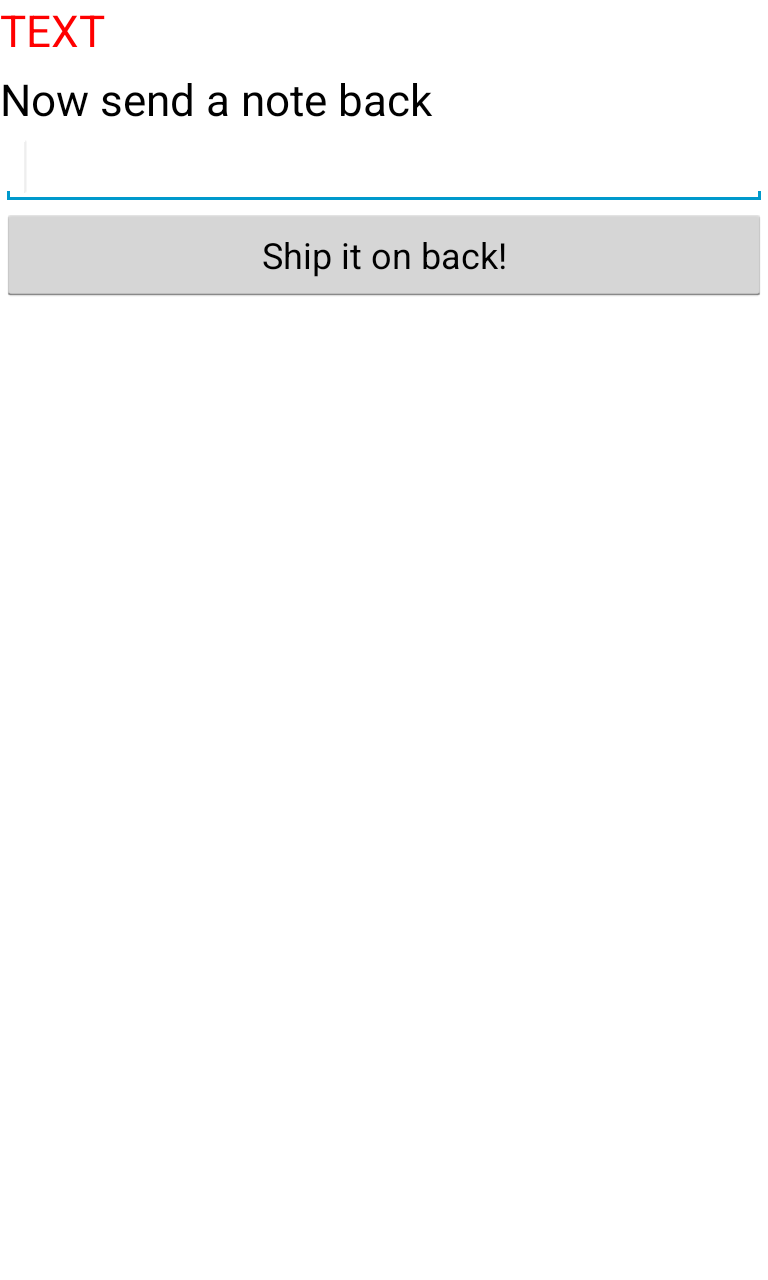
Repository: fsoDannis/FSO_JAVAII
Layout: JavaII_Week1/res/layout/activity_subscreen.xml
These files come from the project's save history. The layout is drawn as it stood at one moment and after the next save; the edit follows.
It is drawn on a 768 x 1280 px phone screen (xhdpi) without system bars, with theme AppTheme; the app's code is not run.

Above is the layout before, as saved 2013-05-09 01:44:47.

### JavaII_Week1/res/layout/activity_subscreen.xml
<?xml version="1.0" encoding="utf-8"?>
<LinearLayout xmlns:android="http://schemas.android.com/apk/res/android"
    android:layout_width="match_parent"
    android:layout_height="match_parent"
    android:orientation="vertical" >
    <TextView
        android:id="@+id/textView1"
        android:layout_width="match_parent"
        android:layout_height="wrap_content"
        android:textAppearance="?android:attr/textAppearanceLarge"
        android:textColor="#ff0000"
        android:layout_marginBottom="10px"
        android:text="TEXT"/>
    <TextView
        android:id="@+id/textView2"
        android:layout_width="match_parent"
        android:layout_height="wrap_content"
        android:textAppearance="?android:attr/textAppearanceLarge"
        android:text="Now send a note back"/>
    <EditText
        android:id="@+id/editText1"
        android:layout_width="match_parent"
        android:layout_height="wrap_content"
        android:ems="10" >
        <requestFocus />
    </EditText>
    <Button
        android:id="@+id/button1"
        android:layout_width="match_parent"
        android:layout_height="wrap_content"
        android:text="Ship it on back!" />
</LinearLayout>

Loaded but not shown: JavaII_Week1/res/values/styles.xml (common file); JavaII_Week1/res/values-v11/styles.xml (common file); JavaII_Week1/res/values-v14/styles.xml (common file)

After the next save:
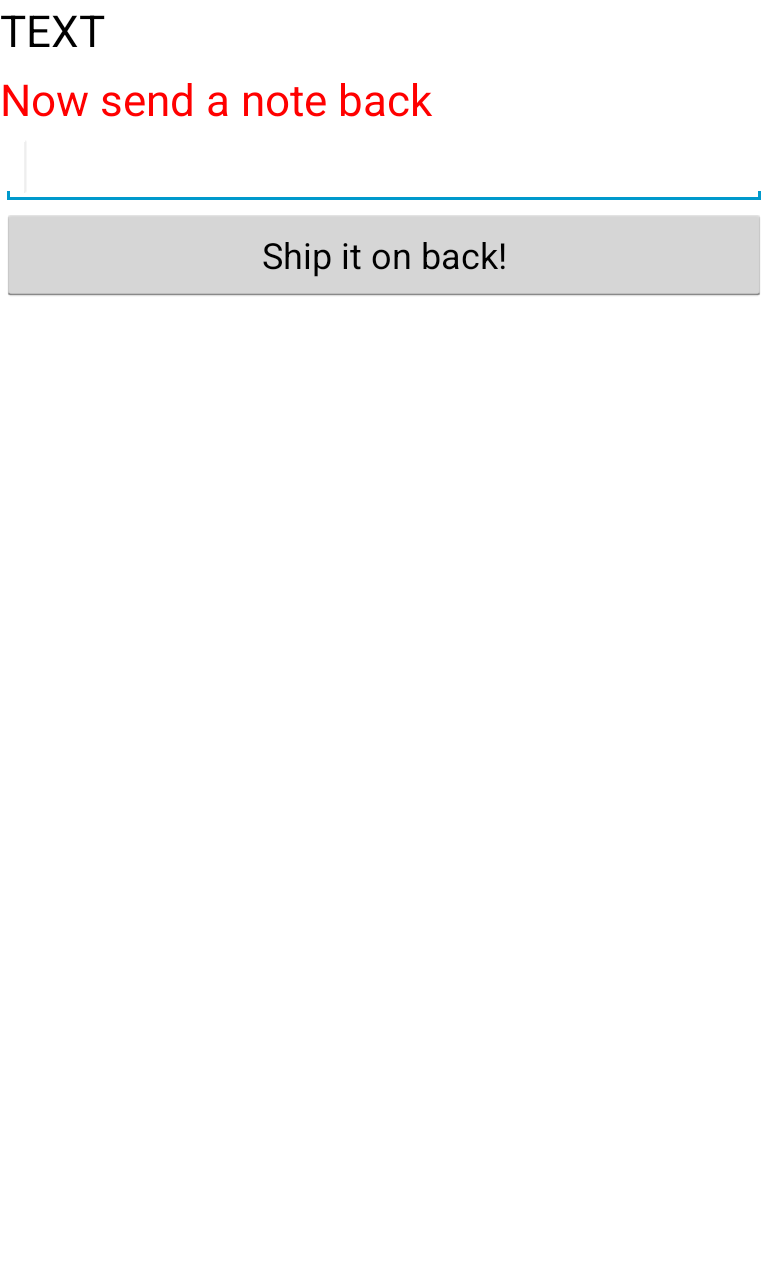
Saved 2 min 8 s later.
--- a/JavaII_Week1/res/layout/activity_subscreen.xml
+++ b/JavaII_Week1/res/layout/activity_subscreen.xml
@@ -8,7 +8,6 @@
         android:layout_width="match_parent"
         android:layout_height="wrap_content"
         android:textAppearance="?android:attr/textAppearanceLarge"
-        android:textColor="#ff0000"
         android:layout_marginBottom="10px"
         android:text="TEXT"/>
     <TextView
@@ -16,6 +15,7 @@
         android:layout_width="match_parent"
         android:layout_height="wrap_content"
         android:textAppearance="?android:attr/textAppearanceLarge"
+                android:textColor="#ff0000"
         android:text="Now send a note back"/>
     <EditText
         android:id="@+id/editText1"
